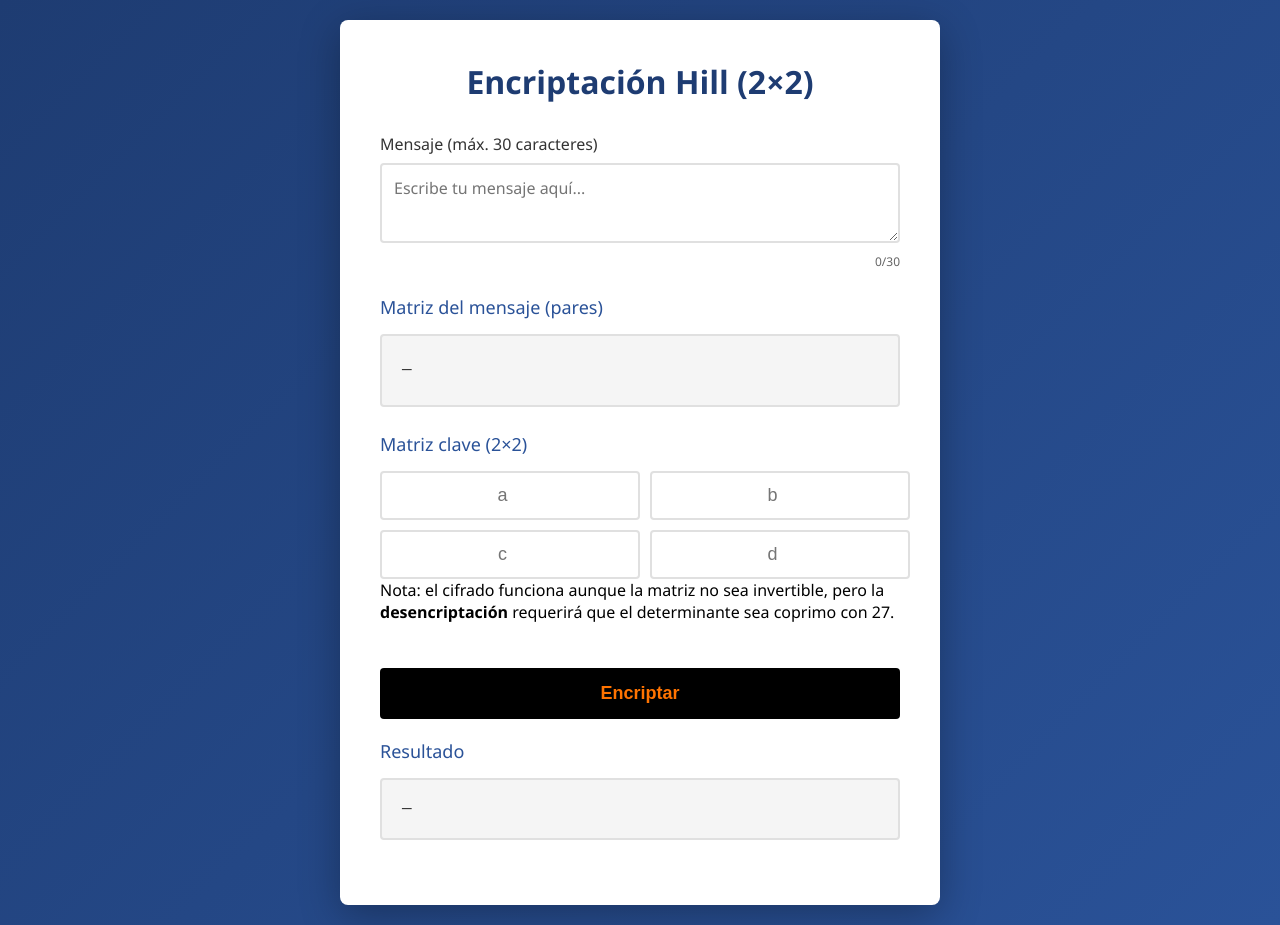
Repository: LeoTSW13/Clase-ejemplo-Algebra
Page: index.html
An editor plug-in stored every save of this project. The page is shown before and after the next save, followed by the edit.
The browser window is 1280 px wide. The pictures show the whole page.

Above is the page before, as saved 2025-11-26 10:08:58.

### index.html
<!DOCTYPE html>
<html lang="es">
<head>
    <meta charset="UTF-8" />
    <meta name="viewport" content="width=device-width, initial-scale=1.0"/>
    <title>Encriptación Hill</title>
    <link rel="stylesheet" href="styles.css">
</head>
<body>
    <div class="container">
        <h1>Encriptación Hill (2×2)</h1>

        <div class="section">
            <label for="mensaje">Mensaje (máx. 30 caracteres)</label>
            <textarea id="mensaje" maxlength="30" placeholder="Escribe tu mensaje aquí..."></textarea>
            <div class="char-count">0/30</div>
        </div>

        <div class="section">
            <h3>Matriz del mensaje (pares)</h3>
            <div id="matrizMensaje" class="matriz-display">—</div>
        </div>

        <div class="section">
            <h3>Matriz clave (2×2)</h3>
            <div class="matriz-input">
                <input type="number" id="k11" placeholder="a">
                <input type="number" id="k12" placeholder="b">
                <input type="number" id="k21" placeholder="c">
                <input type="number" id="k22" placeholder="d">
            </div>
            <div class="hint">Nota: el cifrado funciona aunque la matriz no sea invertible, pero la <strong>desencriptación</strong> requerirá que el determinante sea coprimo con 27.</div>
        </div>

        <button id="encriptar">Encriptar</button>

        <div class="section">
            <h3>Resultado</h3>
            <div id="resultado" class="resultado-box">—</div>
        </div>
    </div>

    <script src="script.js"></script>
</body>
</html>

### styles.css
* {
    margin: 0;
    padding: 0;
    box-sizing: border-box;
}

body {
    font-family: 'Segoe UI', Tahoma, Geneva, Verdana, sans-serif;
    background: linear-gradient(135deg, #1e3c72 0%, #2a5298 100%);
    min-height: 100vh;
    display: flex;
    justify-content: center;
    align-items: center;
    padding: 20px;
}

.container {
    background: white;
    max-width: 600px;
    width: 100%;
    padding: 40px;
    border-radius: 8px;
    box-shadow: 0 10px 40px rgba(0, 0, 0, 0.3);
}

h1 {
    color: #1e3c72;
    text-align: center;
    margin-bottom: 30px;
    font-size: 32px;
    font-weight: 600;
}

h3 {
    color: #2a5298;
    margin-bottom: 15px;
    font-size: 18px;
    font-weight: 500;
}

.section {
    margin-bottom: 25px;
}

label {
    display: block;
    color: #333;
    margin-bottom: 8px;
    font-weight: 500;
}

textarea {
    width: 100%;
    padding: 12px;
    border: 2px solid #e0e0e0;
    border-radius: 4px;
    font-size: 16px;
    resize: vertical;
    min-height: 80px;
    font-family: inherit;
    transition: border-color 0.3s;
}

textarea:focus {
    outline: none;
    border-color: #2a5298;
}

.char-count {
    text-align: right;
    color: #666;
    font-size: 12px;
    margin-top: 5px;
}

.matriz-display {
    background: #f5f5f5;
    padding: 20px;
    border-radius: 4px;
    border: 2px solid #e0e0e0;
    min-height: 60px;
    font-family: 'Courier New', monospace;
    color: #333;
    line-height: 1.8;
}

.matriz-input {
    display: grid;
    grid-template-columns: 1fr 1fr;
    gap: 10px;
    max-width: 200px;
}

.matriz-input input {
    padding: 12px;
    border: 2px solid #e0e0e0;
    border-radius: 4px;
    font-size: 18px;
    text-align: center;
    transition: border-color 0.3s;
}

.matriz-input input:focus {
    outline: none;
    border-color: #2a5298;
}

button {
    width: 100%;
    padding: 15px;
    background: #000000;
    color: rgb(255, 115, 0);
    border: none;
    border-radius: 4px;
    font-size: 18px;
    font-weight: 600;
    cursor: pointer;
    transition: background 0.3s;
    margin: 20px 0;
}

button:hover {
    background: #000000;
}

button:active {
    transform: scale(0.98);
}

.resultado-box {
    background: #f5f5f5;
    padding: 20px;
    border-radius: 4px;
    border: 2px solid #e0e0e0;
    min-height: 60px;
    font-family: 'Courier New', monospace;
    color: #333;
    word-wrap: break-word;
}

.error {
    color: #d32f2f;
    background: #ffebee;
    border-color: #d32f2f;
}

### script.js
const mensaje = document.getElementById('mensaje');
const charCount = document.querySelector('.char-count');
const matrizMensaje = document.getElementById('matrizMensaje');
const k11 = document.getElementById('k11');
const k12 = document.getElementById('k12');
const k21 = document.getElementById('k21');
const k22 = document.getElementById('k22');
const btnEncriptar = document.getElementById('encriptar');
const resultado = document.getElementById('resultado');

// Actualizar contador de caracteres
mensaje.addEventListener('input', () => {
    const len = mensaje.value.length;
    charCount.textContent = `${len}/30`;
    mostrarMatrizMensaje();
});

// Mostrar matriz del mensaje
function mostrarMatrizMensaje() {
    const texto = mensaje.value.toUpperCase().replace(/[^A-Z]/g, '');

    if (texto.length === 0) {
        matrizMensaje.textContent = 'Escribe un mensaje primero...';
        return;
    }

    const valores = texto.split('').map(char => char.charCodeAt(0) - 65);

    // Agrupar en pares
    let matriz = '[';
    for (let i = 0; i < valores.length; i += 2) {
        if (i > 0) matriz += ' ';
        matriz += '[' + valores[i];
        if (i + 1 < valores.length) {
            matriz += ', ' + valores[i + 1];
        } else {
            matriz += ', ' + (valores.length % 2 === 0 ? '' : '23'); // Padding con 'X'
        }
        matriz += ']';
    }
    matriz += ']';

    matrizMensaje.textContent = matriz;
}

// Función de encriptación Hill
btnEncriptar.addEventListener('click', () => {
    // Validar inputs
    const key = [
        [parseInt(k11.value) || 0, parseInt(k12.value) || 0],
        [parseInt(k21.value) || 0, parseInt(k22.value) || 0]
    ];

    if (key[0][0] === 0 && key[0][1] === 0 && key[1][0] === 0 && key[1][1] === 0) {
        resultado.textContent = 'Error: Ingresa una matriz clave válida';
        resultado.classList.add('error');
        return;
    }

    const texto = mensaje.value.toUpperCase().replace(/[^A-Z]/g, '');

    if (texto.length === 0) {
        resultado.textContent = 'Error: Ingresa un mensaje';
        resultado.classList.add('error');
        return;
    }

    // Calcular determinante
    const det = (key[0][0] * key[1][1] - key[0][1] * key[1][0]) % 26;

    if (det === 0) {
        resultado.textContent = 'Error: La matriz no es invertible (determinante = 0)';
        resultado.classList.add('error');
        return;
    }

    // Convertir texto a números
    let numeros = texto.split('').map(char => char.charCodeAt(0) - 65);

    // Agregar padding si es impar
    if (numeros.length % 2 !== 0) {
        numeros.push(23); // 'X'
    }

    // Encriptar
    let encriptado = '';
    for (let i = 0; i < numeros.length; i += 2) {
        const v1 = numeros[i];
        const v2 = numeros[i + 1];

        const c1 = (key[0][0] * v1 + key[0][1] * v2) % 26;
        const c2 = (key[1][0] * v1 + key[1][1] * v2) % 26;

        encriptado += String.fromCharCode(65 + c1);
        encriptado += String.fromCharCode(65 + c2);
    }

    resultado.classList.remove('error');
    resultado.textContent = encriptado;
});

After the next save:
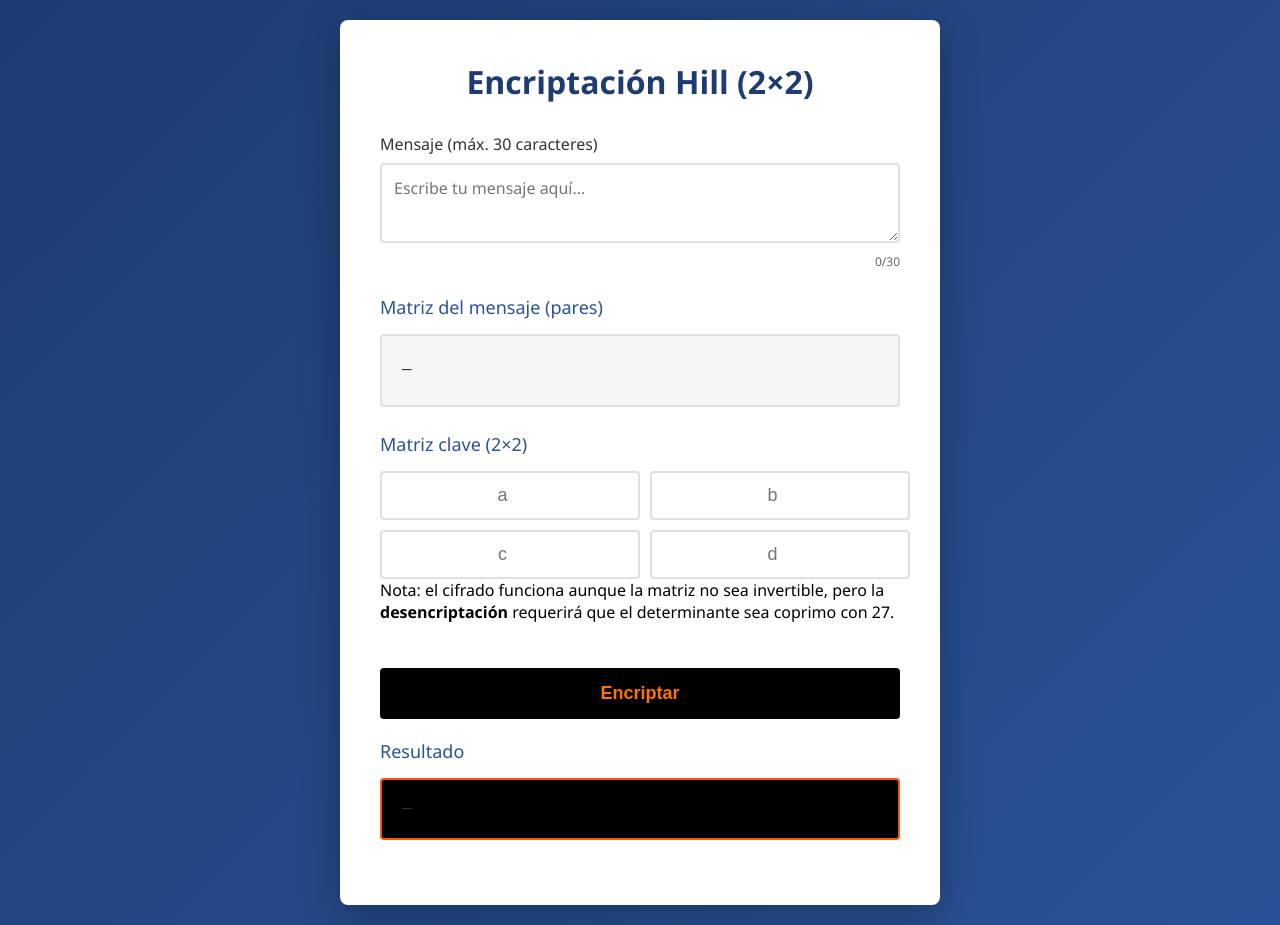
Saved 32 s later.
--- a/styles.css
+++ b/styles.css
@@ -128,10 +128,10 @@
 }
 
 .resultado-box {
-    background: #f5f5f5;
+    background: #000000;
     padding: 20px;
     border-radius: 4px;
-    border: 2px solid #e0e0e0;
+    border: 2px solid #ff5500;
     min-height: 60px;
     font-family: 'Courier New', monospace;
     color: #333;

After the save that followed:
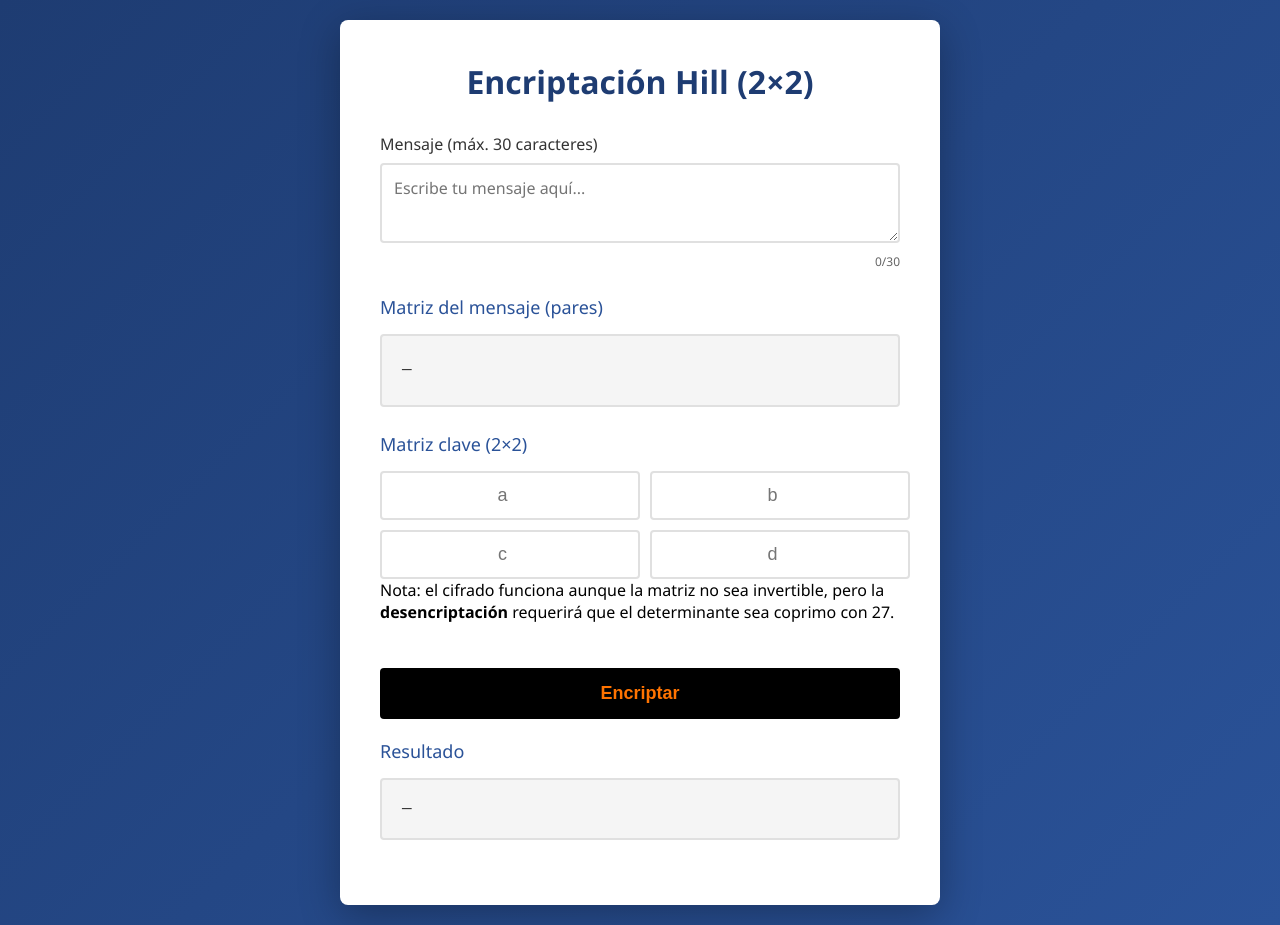
Saved 23 s later.
--- a/styles.css
+++ b/styles.css
@@ -120,7 +120,7 @@
 }
 
 button:hover {
-    background: #000000;
+    background: #1e3c72;
 }
 
 button:active {
@@ -128,10 +128,10 @@
 }
 
 .resultado-box {
-    background: #000000;
+    background: #f5f5f5;
     padding: 20px;
     border-radius: 4px;
-    border: 2px solid #ff5500;
+    border: 2px solid #e0e0e0;
     min-height: 60px;
     font-family: 'Courier New', monospace;
     color: #333;
